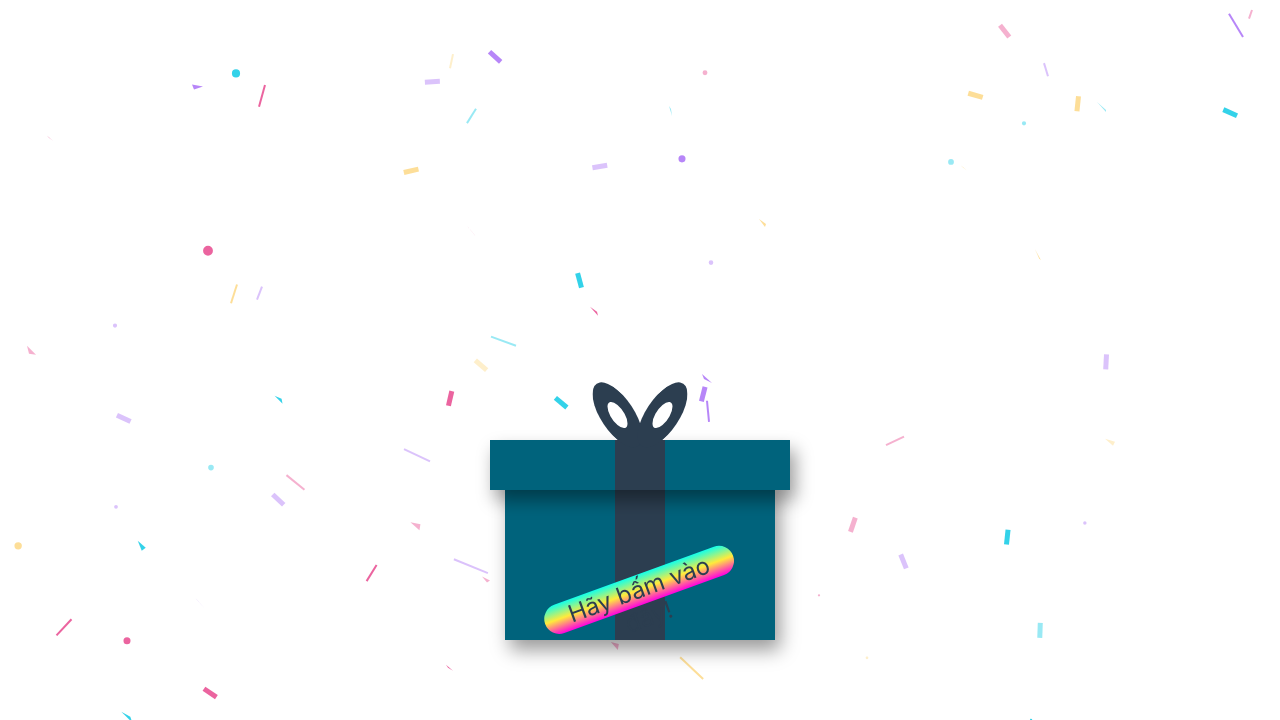
Repository: trongnghia161001/birth_day
Page: index.html
An editor plug-in stored every save of this project. The page is shown before and after the next save, followed by the edit.
The browser window is 1280 px wide. The pictures show the whole page.

Above is the page before, as saved 2022-11-14 22:30:00.

### index.html
<!DOCTYPE html>
<html>

<head>
  <meta charset="utf-8" />
  <meta name="viewport" content="width=device-width" />
  <title>Happy Birthday!</title>

  <link rel="stylesheet" href="styles/flexbox-center-container.css" media="all">
  <link rel="stylesheet" href="styles/system-fonts.css" media="all">
  <link rel="stylesheet" href="styles/style.css" media="all">
</head>

<body>
  <canvas id=c></canvas>
  <canvas id="confetti"></canvas>
  <div class="container" id="count">
    <h1 id="head">Countdown to your birthday:</h1>
    <ul>
      <li><span id="day"></span>days</li>
      <li><span id="hour"></span>hours</li>
      <li><span id="minute"></span>minutes</li>
      <li><span id="second"></span>seconds</li>
    </ul>
  </div>
  <div id="merrywrap" class="merrywrap">
    <canvas id="snowfall"></canvas>
    <div class="giftbox">
      <div class="cover">
        <div></div>
      </div>
      <div class="box"></div>
    </div>
</body>
<script src="scripts/confetti.min.js" charset="utf-8"></script>
<script src="scripts/index.js" charset="utf-8"></script>

</html>

### styles/style.css
* {
  box-sizing: border-box;
  margin: 0;
  padding: 0;
}
canvas {
  position: absolute;
  top: 0;
  left: 0;
}
body {
  background: #ffffff;
  overflow: hidden;
}
.container {
  color: rgba(55, 59, 65, 0.8);
  font-family: Helvetica, sans-serif;
  font-weight: lighter;
  text-align: center;
}

h1 {
  font-weight: normal;
}
li {
  display: inline-block;
  font-size: 1.5em;
  list-style-type: none;
  padding: 1em;
  text-transform: uppercase;
}
li span {
  display: block;
  font-size: 4.5rem;
}
.merrywrap {
  position: absolute;
  right: 40px;
  left: 40px;
  bottom: 80px;
  top: 40px;
}
.giftbox {
  position: absolute;
  width: 300px;
  height: 200px;
  left: 50%;
  margin-left: -150px;
  bottom: 0;
  z-index: 10;
}


.giftbox > div {
  background: rgb(0, 99, 124);
  position: absolute;
  box-shadow: 5px 10px 18px rgba(0, 0, 0, 0.4);
}

.giftbox:hover > div {
  box-shadow: none;
  transition: 0.5s all;
}

.giftbox > div:after, .giftbox > div:before {
  position: absolute;
  content: "";
  top: 0;
}
.giftbox:after {
  position: absolute;
  color: #2C3E50;
  width: 100%;
  content: "Hãy bấm vào đây!";
  left: 50px;
  bottom: 0;
  font-size: 24px;
  text-align: center;
  transform: rotate(-20deg);
  transform-origin: 0 0;
  background: linear-gradient(#14ffe9, #ffeb3b, #ff00e0);
  height: 30px;
  width: 200px;
  border-radius: 50px;
  cursor: pointer;
}

.giftbox .cover {
  width: 100%;
  top: 0;
  left: 0;
  height: 25%;
  z-index: 2;
}
.giftbox .cover:before {
  position: absolute;
  height: 100%;
  left: 50%;
  width: 50px;
  transform: translateX(-50%);
  background: #2C3E50;
}
.giftbox .cover > div {
  position: absolute;
  width: 50px;
  height: 50px;
  left: 50%;
  top: -50px;
  transform: translateX(-50%);
}
.giftbox .cover > div:before, .giftbox .cover > div:after {
  position: absolute;
  left: 0;
  top: 0;
  width: 100%;
  height: 100%;
  content: "";
  box-shadow: inset 0 0 0 15px #2C3E50;
  border-radius: 30px;
  transform-origin: 50% 100%;
}
.giftbox .cover > div:before {
  transform: translateX(-45%) skewY(40deg);
}
.giftbox .cover > div:after {
  transform: translateX(45%) skewY(-40deg);
}
.giftbox .box {
  right: 5%;
  left: 5%;
  height: 80%;
  bottom: 0;
}
.giftbox .box:before {
  width: 50px;
  height: 100%;
  left: 50%;
  transform: translateX(-50%);
  background: #2C3E50;
}
.giftbox .box:after {
  width: 100%;
  height: 30px;
  background: rgba(0, 0, 0, 0);
}
.step-1 .giftbox {
  animation: wobble 0.5s linear infinite forwards;
}
.step-1 .cover {
  animation: wobble 0.5s linear infinite 5s forwards;
}
.step-1 .icons .row span {
  opacity: 1;
}
.step-2 .giftbox:after {
  opacity: 0;
}
.step-3 .giftbox, .step-4 .giftbox {
  opacity: 0;
  z-index: 1;
}
.step-3 .giftbox:after, .step-4 .giftbox:after {
  opacity: 0;
}
.step-2 .giftbox .cover {
  animation: flyUp 2s ease-in forwards;
}
.step-2 .giftbox .box {
  animation: flyDown 2s ease-in 0.05s forwards;
}
@keyframes wobble {
  25% {
      transform: rotate(4deg);
 }
  75% {
      transform: rotate(-2deg);
 }
}
@keyframes flyUp {
  75% {
      opacity: 1;
 }
  100% {
      transform: translateY(-1000px) rotate(20deg);
      opacity: 0;
 }
}
@keyframes flyDown {
  75% {
      opacity: 1;
 }
  100% {
      transform: translateY(100%);
      opacity: 0;
 }
}

### scripts/index.js
const count = document.getElementById('count');
const head = document.getElementById('head');
const giftbox = document.getElementById('merrywrap');
const canvasC = document.getElementById('c');

const config = {
  birthdate: 'Jan 29, 2020',
  name: 'Darlene'
};

function hideEverything() {
  head.style.display = 'none';
  count.style.display = 'none';
  giftbox.style.display = 'none';
  canvasC.style.display = 'none';
}

hideEverything();

const confettiSettings = { target: 'confetti' };
const confetti = new window.ConfettiGenerator(confettiSettings);
confetti.render();

const second = 1000,
  minute = second * 60,
  hour = minute * 60,
  day = hour * 24;

let countDown = new Date(`${config.birthdate} 00:00:00`).getTime();
x = setInterval(function() {
  let now = new Date().getTime(),
    distance = countDown - now;

  document.getElementById('day').innerText = Math.floor(distance / day);
  document.getElementById('hour').innerText = Math.floor(
    (distance % day) / hour
  );
  document.getElementById('minute').innerText = Math.floor(
    (distance % hour) / minute
  );
  document.getElementById('second').innerText = Math.floor(
    (distance % minute) / second
  );

  let w = (c.width = window.innerWidth),
    h = (c.height = window.innerHeight),
    ctx = c.getContext('2d'),
    hw = w / 2, // half-width
    hh = h / 2,
    opts = {
      strings: ['HAPPY', 'BIRTHDAY!', config.name],
      charSize: 30,
      charSpacing: 35,
      lineHeight: 40,

      cx: w / 2,
      cy: h / 2,

      fireworkPrevPoints: 10,
      fireworkBaseLineWidth: 5,
      fireworkAddedLineWidth: 8,
      fireworkSpawnTime: 200,
      fireworkBaseReachTime: 30,
      fireworkAddedReachTime: 30,
      fireworkCircleBaseSize: 20,
      fireworkCircleAddedSize: 10,
      fireworkCircleBaseTime: 30,
      fireworkCircleAddedTime: 30,
      fireworkCircleFadeBaseTime: 10,
      fireworkCircleFadeAddedTime: 5,
      fireworkBaseShards: 5,
      fireworkAddedShards: 5,
      fireworkShardPrevPoints: 3,
      fireworkShardBaseVel: 4,
      fireworkShardAddedVel: 2,
      fireworkShardBaseSize: 3,
      fireworkShardAddedSize: 3,
      gravity: 0.1,
      upFlow: -0.1,
      letterContemplatingWaitTime: 360,
      balloonSpawnTime: 20,
      balloonBaseInflateTime: 10,
      balloonAddedInflateTime: 10,
      balloonBaseSize: 20,
      balloonAddedSize: 20,
      balloonBaseVel: 0.4,
      balloonAddedVel: 0.4,
      balloonBaseRadian: -(Math.PI / 2 - 0.5),
      balloonAddedRadian: -1
    },
    calc = {
      totalWidth:
        opts.charSpacing *
        Math.max(opts.strings[0].length, opts.strings[1].length)
    },
    Tau = Math.PI * 2,
    TauQuarter = Tau / 4,
    letters = [];

  ctx.font = opts.charSize + 'px Verdana';

  function Letter(char, x, y) {
    this.char = char;
    this.x = x;
    this.y = y;

    this.dx = -ctx.measureText(char).width / 2;
    this.dy = +opts.charSize / 2;

    this.fireworkDy = this.y - hh;

    let hue = (x / calc.totalWidth) * 360;

    this.color = 'hsl(hue,80%,50%)'.replace('hue', hue);
    this.lightAlphaColor = 'hsla(hue,80%,light%,alp)'.replace('hue', hue);
    this.lightColor = 'hsl(hue,80%,light%)'.replace('hue', hue);
    this.alphaColor = 'hsla(hue,80%,50%,alp)'.replace('hue', hue);

    this.reset();
  }
  Letter.prototype.reset = function() {
    this.phase = 'firework';
    this.tick = 0;
    this.spawned = false;
    this.spawningTime = (opts.fireworkSpawnTime * Math.random()) | 0;
    this.reachTime =
      (opts.fireworkBaseReachTime +
        opts.fireworkAddedReachTime * Math.random()) |
      0;
    this.lineWidth =
      opts.fireworkBaseLineWidth + opts.fireworkAddedLineWidth * Math.random();
    this.prevPoints = [[0, hh, 0]];
  };
  Letter.prototype.step = function() {
    if (this.phase === 'firework') {
      if (!this.spawned) {
        ++this.tick;
        if (this.tick >= this.spawningTime) {
          this.tick = 0;
          this.spawned = true;
        }
      } else {
        ++this.tick;

        let linearProportion = this.tick / this.reachTime,
          armonicProportion = Math.sin(linearProportion * TauQuarter),
          x = linearProportion * this.x,
          y = hh + armonicProportion * this.fireworkDy;

        if (this.prevPoints.length > opts.fireworkPrevPoints)
          this.prevPoints.shift();

        this.prevPoints.push([x, y, linearProportion * this.lineWidth]);

        let lineWidthProportion = 1 / (this.prevPoints.length - 1);

        for (let i = 1; i < this.prevPoints.length; ++i) {
          let point = this.prevPoints[i],
            point2 = this.prevPoints[i - 1];

          ctx.strokeStyle = this.alphaColor.replace(
            'alp',
            i / this.prevPoints.length
          );
          ctx.lineWidth = point[2] * lineWidthProportion * i;
          ctx.beginPath();
          ctx.moveTo(point[0], point[1]);
          ctx.lineTo(point2[0], point2[1]);
          ctx.stroke();
        }

        if (this.tick >= this.reachTime) {
          this.phase = 'contemplate';

          this.circleFinalSize =
            opts.fireworkCircleBaseSize +
            opts.fireworkCircleAddedSize * Math.random();
          this.circleCompleteTime =
            (opts.fireworkCircleBaseTime +
              opts.fireworkCircleAddedTime * Math.random()) |
            0;
          this.circleCreating = true;
          this.circleFading = false;

          this.circleFadeTime =
            (opts.fireworkCircleFadeBaseTime +
              opts.fireworkCircleFadeAddedTime * Math.random()) |
            0;
          this.tick = 0;
          this.tick2 = 0;

          this.shards = [];

          let shardCount =
              (opts.fireworkBaseShards +
                opts.fireworkAddedShards * Math.random()) |
              0,
            angle = Tau / shardCount,
            cos = Math.cos(angle),
            sin = Math.sin(angle),
            x = 1,
            y = 0;

          for (let i = 0; i < shardCount; ++i) {
            let x1 = x;
            x = x * cos - y * sin;
            y = y * cos + x1 * sin;

            this.shards.push(new Shard(this.x, this.y, x, y, this.alphaColor));
          }
        }
      }
    } else if (this.phase === 'contemplate') {
      ++this.tick;

      if (this.circleCreating) {
        ++this.tick2;
        let proportion = this.tick2 / this.circleCompleteTime,
          armonic = -Math.cos(proportion * Math.PI) / 2 + 0.5;

        ctx.beginPath();
        ctx.fillStyle = this.lightAlphaColor
          .replace('light', 50 + 50 * proportion)
          .replace('alp', proportion);
        ctx.beginPath();
        ctx.arc(this.x, this.y, armonic * this.circleFinalSize, 0, Tau);
        ctx.fill();

        if (this.tick2 > this.circleCompleteTime) {
          this.tick2 = 0;
          this.circleCreating = false;
          this.circleFading = true;
        }
      } else if (this.circleFading) {
        ctx.fillStyle = this.lightColor.replace('light', 70);
        ctx.fillText(this.char, this.x + this.dx, this.y + this.dy);

        ++this.tick2;
        let proportion = this.tick2 / this.circleFadeTime,
          armonic = -Math.cos(proportion * Math.PI) / 2 + 0.5;

        ctx.beginPath();
        ctx.fillStyle = this.lightAlphaColor
          .replace('light', 100)
          .replace('alp', 1 - armonic);
        ctx.arc(this.x, this.y, this.circleFinalSize, 0, Tau);
        ctx.fill();

        if (this.tick2 >= this.circleFadeTime) this.circleFading = false;
      } else {
        ctx.fillStyle = this.lightColor.replace('light', 70);
        ctx.fillText(this.char, this.x + this.dx, this.y + this.dy);
      }

      for (let i = 0; i < this.shards.length; ++i) {
        this.shards[i].step();

        if (!this.shards[i].alive) {
          this.shards.splice(i, 1);
          --i;
        }
      }

      if (this.tick > opts.letterContemplatingWaitTime) {
        this.phase = 'balloon';

        this.tick = 0;
        this.spawning = true;
        this.spawnTime = (opts.balloonSpawnTime * Math.random()) | 0;
        this.inflating = false;
        this.inflateTime =
          (opts.balloonBaseInflateTime +
            opts.balloonAddedInflateTime * Math.random()) |
          0;
        this.size =
          (opts.balloonBaseSize + opts.balloonAddedSize * Math.random()) | 0;

        let rad =
            opts.balloonBaseRadian + opts.balloonAddedRadian * Math.random(),
          vel = opts.balloonBaseVel + opts.balloonAddedVel * Math.random();

        this.vx = Math.cos(rad) * vel;
        this.vy = Math.sin(rad) * vel;
      }
    } else if (this.phase === 'balloon') {
      ctx.strokeStyle = this.lightColor.replace('light', 80);

      if (this.spawning) {
        ++this.tick;
        ctx.fillStyle = this.lightColor.replace('light', 70);
        ctx.fillText(this.char, this.x + this.dx, this.y + this.dy);

        if (this.tick >= this.spawnTime) {
          this.tick = 0;
          this.spawning = false;
          this.inflating = true;
        }
      } else if (this.inflating) {
        ++this.tick;

        let proportion = this.tick / this.inflateTime,
          x = (this.cx = this.x),
          y = (this.cy = this.y - this.size * proportion);

        ctx.fillStyle = this.alphaColor.replace('alp', proportion);
        ctx.beginPath();
        generateBalloonPath(x, y, this.size * proportion);
        ctx.fill();

        ctx.beginPath();
        ctx.moveTo(x, y);
        ctx.lineTo(x, this.y);
        ctx.stroke();

        ctx.fillStyle = this.lightColor.replace('light', 70);
        ctx.fillText(this.char, this.x + this.dx, this.y + this.dy);

        if (this.tick >= this.inflateTime) {
          this.tick = 0;
          this.inflating = false;
        }
      } else {
        this.cx += this.vx;
        this.cy += this.vy += opts.upFlow;

        ctx.fillStyle = this.color;
        ctx.beginPath();
        generateBalloonPath(this.cx, this.cy, this.size);
        ctx.fill();

        ctx.beginPath();
        ctx.moveTo(this.cx, this.cy);
        ctx.lineTo(this.cx, this.cy + this.size);
        ctx.stroke();

        ctx.fillStyle = this.lightColor.replace('light', 70);
        ctx.fillText(
          this.char,
          this.cx + this.dx,
          this.cy + this.dy + this.size
        );

        if (this.cy + this.size < -hh || this.cx < -hw || this.cy > hw)
          this.phase = 'done';
      }
    }
  };

  function Shard(x, y, vx, vy, color) {
    let vel =
      opts.fireworkShardBaseVel + opts.fireworkShardAddedVel * Math.random();

    this.vx = vx * vel;
    this.vy = vy * vel;

    this.x = x;
    this.y = y;

    this.prevPoints = [[x, y]];
    this.color = color;

    this.alive = true;

    this.size =
      opts.fireworkShardBaseSize + opts.fireworkShardAddedSize * Math.random();
  }
  Shard.prototype.step = function() {
    this.x += this.vx;
    this.y += this.vy += opts.gravity;

    if (this.prevPoints.length > opts.fireworkShardPrevPoints)
      this.prevPoints.shift();

    this.prevPoints.push([this.x, this.y]);

    let lineWidthProportion = this.size / this.prevPoints.length;

    for (let k = 0; k < this.prevPoints.length - 1; ++k) {
      let point = this.prevPoints[k],
        point2 = this.prevPoints[k + 1];

      ctx.strokeStyle = this.color.replace('alp', k / this.prevPoints.length);
      ctx.lineWidth = k * lineWidthProportion;
      ctx.beginPath();
      ctx.moveTo(point[0], point[1]);
      ctx.lineTo(point2[0], point2[1]);
      ctx.stroke();
    }

    if (this.prevPoints[0][1] > hh) this.alive = false;
  };

  function generateBalloonPath(x, y, size) {
    ctx.moveTo(x, y);
    ctx.bezierCurveTo(
      x - size / 2,
      y - size / 2,
      x - size / 4,
      y - size,
      x,
      y - size
    );
    ctx.bezierCurveTo(x + size / 4, y - size, x + size / 2, y - size / 2, x, y);
  }

  function anim() {
    window.requestAnimationFrame(anim);

    ctx.fillStyle = '#fff';
    ctx.fillRect(0, 0, w, h);

    ctx.translate(hw, hh);

    let done = true;
    for (let l = 0; l < letters.length; ++l) {
      letters[l].step();
      if (letters[l].phase !== 'done') done = false;
    }

    ctx.translate(-hw, -hh);

    if (done) for (let l = 0; l < letters.length; ++l) letters[l].reset();
  }

  for (let i = 0; i < opts.strings.length; ++i) {
    for (let j = 0; j < opts.strings[i].length; ++j) {
      letters.push(
        new Letter(
          opts.strings[i][j],
          j * opts.charSpacing +
            opts.charSpacing / 2 -
            (opts.strings[i].length * opts.charSize) / 2,
          i * opts.lineHeight +
            opts.lineHeight / 2 -
            (opts.strings.length * opts.lineHeight) / 2
        )
      );
    }
  }

  window.addEventListener('resize', function() {
    w = c.width = window.innerWidth;
    h = c.height = window.innerHeight;

    hw = w / 2;
    hh = h / 2;

    ctx.font = opts.charSize + 'px Verdana';
  });

  if (distance > 0) {
    head.style.display = 'initial';
    count.style.display = 'initial';
  } else {
    head.style.display = 'none';
    count.style.display = 'none';
    giftbox.style.display = 'initial';
    clearInterval(x);
    let merrywrap = document.getElementById('merrywrap');
    let box = merrywrap.getElementsByClassName('giftbox')[0];
    let step = 1;
    let stepMinutes = [2000, 2000, 1000, 1000];

    function init() {
      box.addEventListener('click', openBox, false);
      box.addEventListener('click', showfireworks, false);
    }

    function stepClass(step) {
      merrywrap.className = 'merrywrap';
      merrywrap.className = 'merrywrap step-' + step;
    }

    function openBox() {
      if (step === 1) {
        box.removeEventListener('click', openBox, false);
      }
      stepClass(step);
      if (step === 3) {
      }
      if (step === 4) {
        return;
      }
      setTimeout(openBox, stepMinutes[step - 1]);
      step++;
      //   setTimeout(anim, 1900);
    }

    function showfireworks() {
      canvasC.style.display = 'initial';
      setTimeout(anim, 1500);
    }

    init();
  }

  // if (distance < 0) {
  //     clearInterval(x);
  //     console.log("happy birthday");
  // }
}, second);

Loaded but not shown: styles/flexbox-center-container.css (common file); styles/system-fonts.css (common file); scripts/confetti.min.js (library)

After the next save:
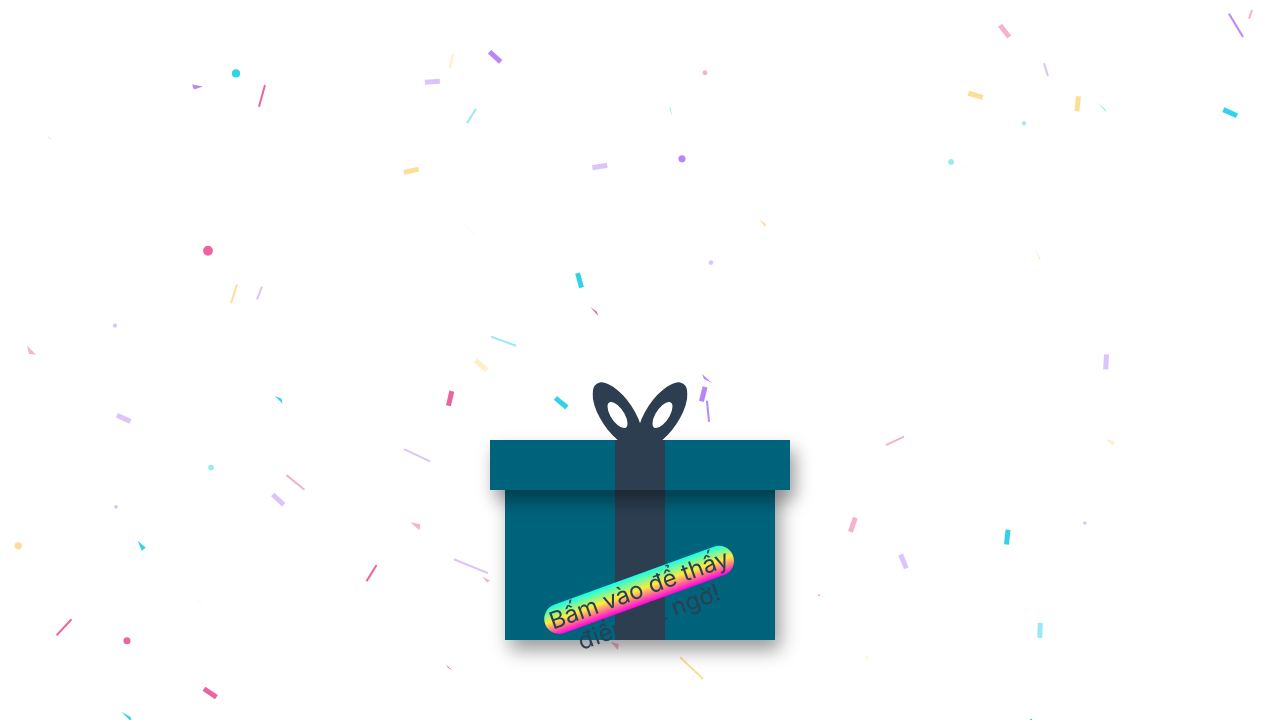
Saved 30 s later.
--- a/styles/style.css
+++ b/styles/style.css
@@ -71,7 +71,7 @@ li span {
   position: absolute;
   color: #2C3E50;
   width: 100%;
-  content: "Hãy bấm vào đây!";
+  content: "Bấm vào để thấy điều bất ngờ!";
   left: 50px;
   bottom: 0;
   font-size: 24px;
